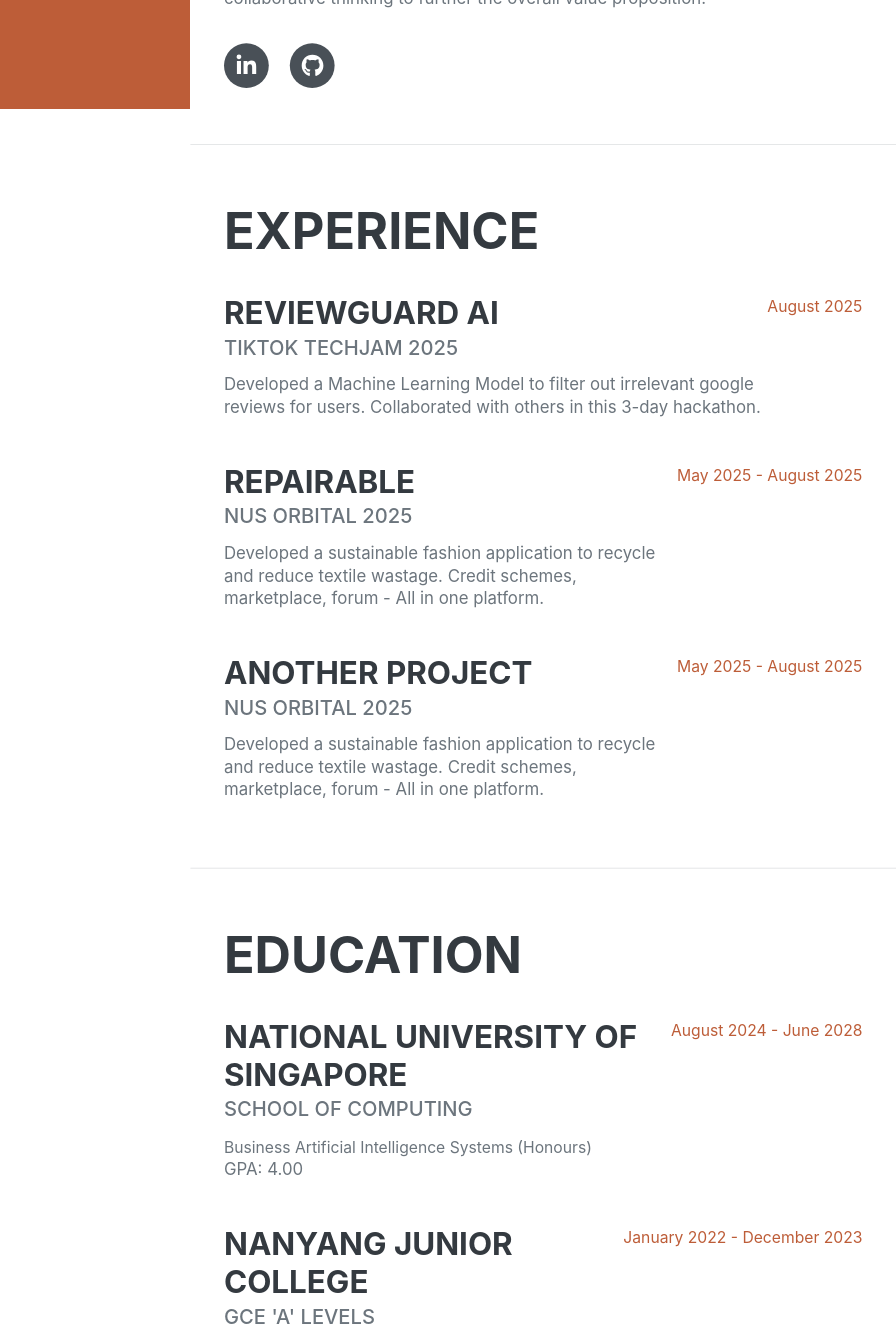
Repository: cheryl9/portfolio
Page: index.html
The author's editor kept a copy of each file at every save. The page is drawn from the files as they stood at one save, then again after the next save.
The browser window is 1280 px wide. The pictures show the part of the page from y = 564 to 2484 px (the page is 3541 px tall), at 70% of full size.
Some web fonts or font styles are not loaded; a fallback is used. Some web libraries are served in a nearby version.

Above is the page before, as saved 2026-01-30 01:36:51.

After the next save:
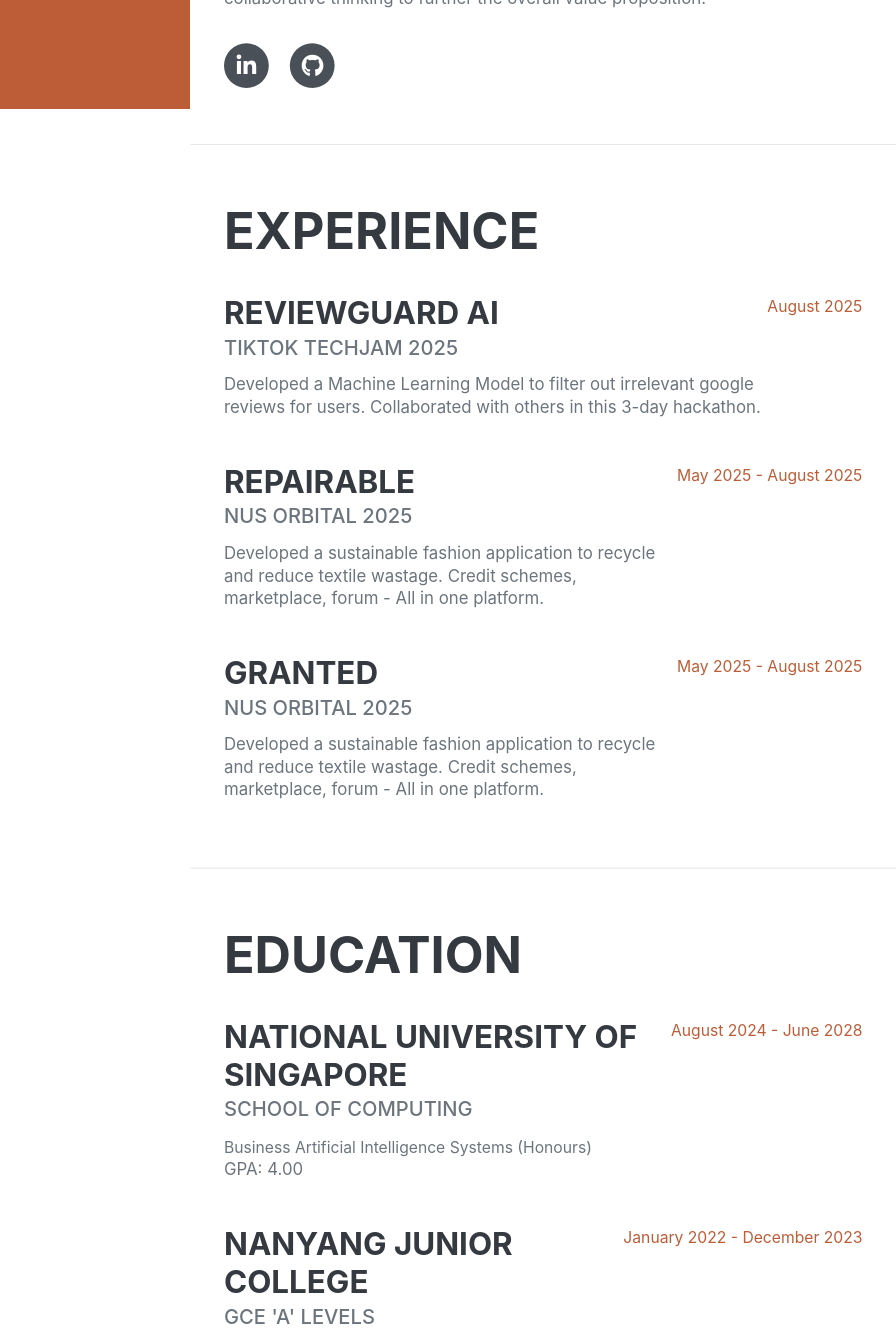
Saved 28 s later.
--- a/index.html
+++ b/index.html
@@ -74,7 +74,7 @@
                     </div>
                     <div class="d-flex flex-column flex-md-row justify-content-between">
                         <div class="flex-grow-1">
-                            <h3 class="mb-0">Another Project</h3>
+                            <h3 class="mb-0">Granted</h3>
                             <div class="subheading mb-3">NUS Orbital 2025</div>
                             <p>Developed a sustainable fashion application to recycle and reduce textile wastage. Credit schemes, marketplace, forum - All in one platform.</p>
                         </div>
